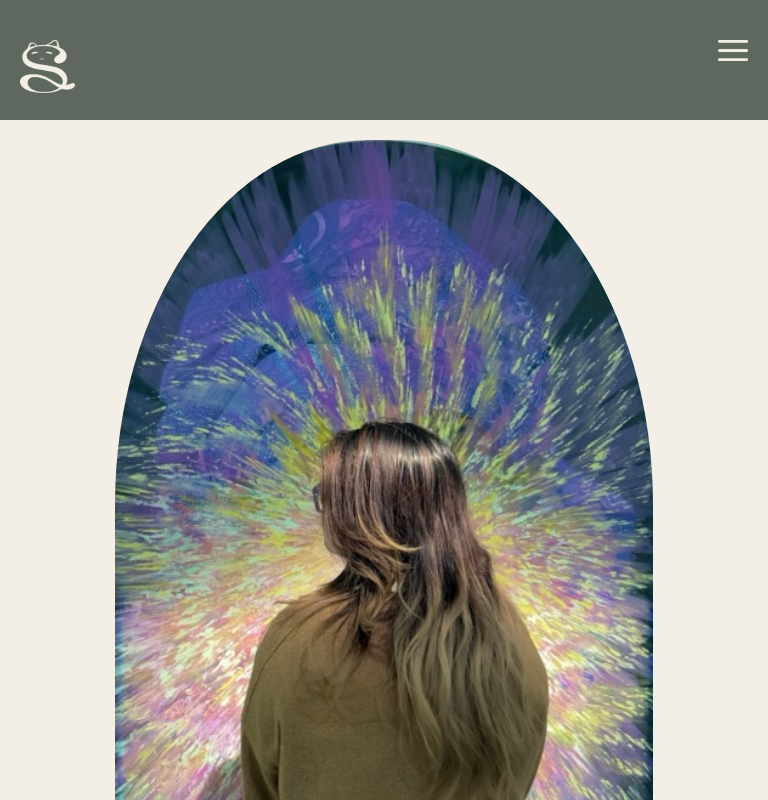
Repository: SandyLy453/portfolio
Page: /
An editor plug-in stored every save of this project. The page is shown before and after the next save, followed by the edit.
The browser window is 768 px wide. The pictures show the whole page.
An inner scrolling area shows only its first screen. The project was rebuilt for these pictures with package versions that can differ from the ones it lists, and the page was loaded fresh each time. The framework's server and built-in components were replaced by stand-ins that run in the browser. Also part of the build but not shown: next.config.mjs, modules/Footer/Footer.module.css, modules/Footer/Footer.js, modules/ProjectCard/ProjectCard.module.css, modules/ProjectCard/Projectcard.js.

Above is the page before, as saved 2025-02-17 17:24:13.

### pages/_app.js
import { useEffect } from "react";
import { useRouter } from "next/router";
import { Playfair_Display, Sen } from 'next/font/google';
import '../styles/globals.css';

const playfairDisplay = Playfair_Display({
  weight: ['400', '900'],
  style: ['normal', 'italic'],
  subsets: ['latin'],
});

const sen = Sen({
  weight: ['400', '700', '800'],
  subsets: ['latin'],
});

export default function App({ Component, pageProps }) {

  const router = useRouter();

  useEffect(() => {
    const handleRouteChangeComplete = (url) => {
        if (url.startsWith("/projects")) {
            window.location.reload();
        } else if (url.startsWith("/project")) {
          window.location.reload();
        }
    };

    router.events.on("routeChangeComplete", handleRouteChangeComplete);

    return () => {
        router.events.off("routeChangeComplete", handleRouteChangeComplete);
    };
}, [router]);


  return (
    <main className={`${playfairDisplay.className} ${sen.className}`}>
      <Component {...pageProps} />
    </main>
  )
}

### pages/_document.js
import { Html, Head, Main, NextScript } from "next/document";


export default function Document() {
  return (
    <Html lang="en">
      <Head>
        <title>San San's Tea Room</title>
        <link rel="icon" href="/favicon.ico" />

        <link rel="preconnect" href="https://fonts.googleapis.com" />
        <link rel="preconnect" href="https://fonts.gstatic.com" crossorigin="anonymous" />
        <link
          href="https://fonts.googleapis.com/css2?family=Playfair+Display:wght@400;900&family=Sen:wght@400;700;800&display=swap"
          rel="stylesheet"
        />
      </Head>
      <body>
        <Main />
        <NextScript />
      </body>
    </Html>
  );
}

### pages/index.js
import Image from "next/image";
import Link from "next/link";
import styles from "@/styles/Home.module.css";
import { useState, useEffect } from "react";
import Header from "@/modules/Header/Header";
import Footer from "@/modules/Footer/Footer";
import ProjectCard from "@/modules/ProjectCard/Projectcard";
import ShowCase from "@/modules/ShowCase/ShowCase";

export default function Home() {

  const projects = [
    {
      photos: ["/aether-cover.png"],
      alt: "Aether cover",
      title: "Aether",
      description: "Case Study - A AI-powered form-filling app",
      date: "September 2024 - December 2024",
      link: "/projects/Aether",
    },
    {
      photos: ["/post1.png", "/post2.png", "/post3.png"],
      alt: "Poster slides show",
      title: "Poster design",
      description:
        "Product design - Series of posters based on the anime/ manga Detective Conan.",
      date: "December 2024",
      link: "/projects/Poster",
    },
    {
      photos: ["/can1.png", "/can2.png", "/can3.png"],
      alt: "Can design slide show",
      title: "DiLo Tea Can",
      description: "Product design - Tea Can",
      date: "November 2024",
      link: "/projects/CanDesign",
    },
    {
      photos: ["/mockup2.png"],
      alt: "Magazine cover",
      title: "Magazine",
      description: "Magazine design - An architectural magazine",
      date: "November 2024",
      link: "/projects/Magazine",
    },
    {
      photos: ["/clotho.png"],
      alt: "Clotho app",
      title: "Clotho",
      description: "Clotho - A closet organize app",
      date: "March 2024 - May 2024",
      link: "/projects/Clotho",
    },
    {
      photos: ["/cam.png"],
      alt: "Camera vector graphic",
      title: "Mechanical Object Vector Graphic",
      description: "Using vector to draw mechanical objects",
      date: "December 2023",
      link: "/projects/MechanicalObject",
    },
  ];

  const [visibleProjects, setVisibleProjects] = useState(6);

  const roles = ["UX/UI Designer", "Digital Designer", "Web Developer"];
  const [text, setText] = useState("");
  const [index, setIndex] = useState(0);
  const [charIndex, setCharIndex] = useState(0);
  const [deleting, setDeleting] = useState(false);

  useEffect(() => {
    const currentRole = roles[index];

    let timeout;

    if (deleting) {
      timeout = setTimeout(() => {
        setText(currentRole.substring(0, charIndex - 1));
        setCharIndex((prev) => prev - 1);
      }, 50);
    } else {
      timeout = setTimeout(() => {
        setText(currentRole.substring(0, charIndex + 1));
        setCharIndex((prev) => prev + 1);
      }, 100);
    }

    if (!deleting && charIndex === currentRole.length) {
      setTimeout(() => setDeleting(true), 1000);
    } else if (deleting && charIndex === 0) {
      setDeleting(false);
      setIndex((prevIndex) => (prevIndex + 1) % roles.length);
    }

    return () => clearTimeout(timeout);
  }, [charIndex, deleting, index, roles]);

  return (
    <>
      <Header/>

      <main className={styles.main}>
        <div className={styles.top}>
          <div className={styles.image}>
            <Image src={'/cover.jpeg'} alt="cover photo" className={styles.coverPhoto} width={300} height={420} />
          </div>

          <div className={styles.info}>
            <p className={styles.role}>Hello!</p>
            <p className={styles.role}>I am <span className={styles.name}>Sandy</span>, a</p>
            <p className={styles.role}>
              {text}
              <span className={styles.cursor}>|</span>
            </p>
            <Image src={'/hi.GIF'} alt="greeting gif" className={styles.gif} width={294} height={129} />
          </div>
        </div>

        <ShowCase/>

        <div className={styles.sectionBreaker}>
          <span> Let's connect! </span>
        </div>

        <div className={styles.connect}>
          <Link
            className={styles.link}
            href={"mailto:sandy.lyth453@gmail.com"}
            target="_blank"
          >
            <p className={styles.connectInfo}>Email</p>
          </Link>
          <Link
            className={styles.link}
            href={"https://www.instagram.com/sansan_lyth?igsh=MThxOTR1ZTlyY3R1dw%3D%3D&utm_source=qr"}
            target="_blank"
          >
            <p className={styles.connectInfo}>Instagram</p>
          </Link>
          <Link
            className={styles.link}
            href={"https://www.linkedin.com/in/boisan-sandy-ly/"}
            target="_blank"
          >
            <p className={styles.connectInfo}>LinkedIn</p>
          </Link>
          <Link
            className={styles.link}
            href={"/Sandy_Ly_Resume.pdf"}
            target="_blank"
          >
            <p className={styles.connectInfo}>Resume</p>
          </Link>
        </div>
      </main>

      <footer className={styles.footer}>
        <p className={styles.copyright}>© Made by Sandy Ly • 2025</p>
      </footer>
    </>
  );
}

### styles/globals.css
:root {
  --mauveMorn: #ecd6d6;
  --mauveShadow: #B59BA6;
  --moss: #5E7975;
  --brightWhite: #f5f7f6;
  --white: #fff;

  --spaBlue: #D3DEDF;
  --forest: #5E685E;
  --midnight: #3D4D55;
  --stormCloud: #676767;
  --cream: #f4EFE6;
  --cloud: #FEFCF6;
}

html,
body {
  padding: 0;
  margin: 0;
  background-color: #f5f7f6;
  width: 100vw;
  height: 100vh;
  overflow-x: hidden;
  scroll-behavior: auto;

  font-family: "Playfair Display", serif;
  font-optical-sizing: auto;
  color: var(--stormCloud);
  cursor: url('/hehe.webp') 16 16, auto;
}

header {
  margin: 0;
  padding: 0;
  box-sizing: border-box;
}

* {
  margin: 0;
  padding: 0;
  box-sizing: border-box; /* Reset styles for all elements */
}

h1, h2, h3, h4, h5, span {
  font-family: "Playfair Display", serif;
}

a, button {
  cursor: url('/haha.webp') 16 16, pointer;
}

### styles/Home.module.css
.page {
  margin: 0;
  padding: 0;
}

.main {
  min-height: 100vh;
  width: 70vw;
  margin: auto;
  margin-top: 0;
  margin-top: 120px;
}

.top {
  width: 100%;
  min-height: 480px;
  background-color: var(--cream);
  align-items: center;
  display: flex;
  flex-direction: row;
  padding: 0;
  flex-wrap: wrap;
  justify-content: center;
}

.coverPhoto {
  border-radius: 47% 47% 0 0;
  margin: 0 6rem;
  position: relative;
  bottom: -30px;
}

.info {
  text-align: center;
  margin-top: 100px;
  width: 30vw;
}

.name {
  font-size: 54px;
  color: #C69491;
  font-weight: 600;
  font-family: "Playfair Display", serif;
}

.role {
  font-size: 44px;
  color: #7D9094;
  font-weight: 500;
}

.loca {
  font-size: 20px;
  color: #7D9094;
  padding-top: 10px;
}

.gif {
  position: relative;
  bottom: -36px;
}


.sectionBreaker {
  display: flex;
  align-items: center;
  justify-content: center;
  margin: 40px 0;
  position: relative;
}

.sectionBreaker::before,
.sectionBreaker::after {
  content: "";
  flex: 1;
  height: 2px;
  background: #d3d3d3;
  margin: 0;
}

.sectionBreaker span {
  color: #7D9094;
  margin: 0 10px;
  font-size: 20px;
  font-style: italic;
}

.pjSection {
  display: flex;
  flex-direction: row;
  flex-wrap: wrap;
  justify-content:space-between;
  align-items: flex-start;
  margin: 0 auto;
  margin-bottom: 50px;
  gap: 1rem;
  max-width: 1350px;
}

.connect {
  margin-bottom: 200px;
}

.link {
  text-decoration: none;
  color: var(--mauveShadow);
  width: 100%;
  font-weight: 500;
}

.link:hover {
  color: var(--forest);
  font-weight: 900;
}

.connectInfo {
  font-size: 54px;
  margin: 20px 0;
  font-family: "Playfair Display", serif;
  position: relative;
  display: inline-block;
  padding: 10px 20px;
  text-decoration: none;
  width: 100%;
  overflow: hidden;
  transition: color 0.3s ease-in-out, font-weight 0.3s ease-in-out;
  font-weight: 500;
}

/* Background gradient effect */
.connectInfo::before {
  content: "";
  position: absolute;
  top: 0;
  left: -100%;
  width: 100%;
  height: 100%;
  background: linear-gradient(to right, rgba(0, 0, 0, 0.1), rgba(0, 0, 0, 0.3));
  transition: left 0.4s ease-in-out;
  z-index: -1; /* Ensure background does not cover text */
}

/* Make background visible when hovering */
.connectInfo:hover::before,
.connectInfo:active::before {
  left: 0;
}

/* Text color and weight on hover */
.connectInfo:hover {
  color: var(--forest); /* Hover text color */
  font-weight: 900;
}

/* Arrow effect */
.connectInfo::after {
  content: " →";
  opacity: 0;
  position: absolute;
  right: 10px;
  top: 50%;
  transform: translateY(-50%);
  transition: opacity 0.3s ease-in-out, transform 0.3s ease-in-out;
  color: var(--forest); /* Match hover color */
}

/* Show arrow and move slightly right when hovering */
.connectInfo:hover::after,
.connectInfo:active::after {
  opacity: 1;
  transform: translate(8px, -50%);
}


.footer {
  margin-bottom: 20px;
}

.copyright {
  text-align: center;
  font-style: italic;
  color: var(--forest);
  width: 100%;
}





@media screen and (max-width: 1460px) {
  .pjSection {
    gap: 20px;
  }

  .main {
    width: 80vw;
  }

  .coverPhoto {
    margin: 0 1rem;
    bottom: -32px;
  }

  .info {
    margin-top: 50px;
  }

  .gif {
    bottom: -6.4rem;
  }

  .name {
    font-size: 36px;
  }

  .role {
    font-size: 20px;
  }

  .loca {
    font-size: 18px;
  }

  .pjSection {
    gap: 15px;
    justify-content: center;
  }
}



@media screen and (max-width: 768px) {
  .main {
    width: 100vw;
  }

  .coverPhoto {
    margin: 0 auto;
    bottom: -20px;
    width: 70vw;
    height: auto;
  }

  .info {
    margin-top: 50px;
    width: 90vw;
  }

  .name {
    font-size: 36px;
  }

  .role {
    font-size: 20px;
  }

  .loca {
    font-size: 18px;
  }

  .pjSection {
    gap: 15px;
    justify-content: center;
  }

  .gif {
    position: relative;
    bottom: -4px;
    margin-top: 10px;
  }
}

### modules/Header/Header.js
import Image from "next/image";
import Link from "next/link";
import styles from './Header.module.css';
import { useState, useRef } from "react";

export default function Header() {
    const audioRef = useRef(null);
    const [menuOpen, setMenuOpen] = useState(false);

    const playSound = () => {
        if (audioRef.current) {
            audioRef.current.currentTime = 0;
            audioRef.current.play().catch(error => console.log("Audio playback error:", error));
        }
    };

    return (
        <header className={`${styles.header} ${menuOpen ? styles.headerExpanded : ""}`}>
            {/* Logo */}
            <div className={styles.logoBox}>
                <Link href={'/'}>
                    <Image
                        src={'/logo.png'}
                        alt="logo"
                        className={styles.logo}
                        width={55}
                        height={53}
                        onMouseEnter={playSound}
                    />
                </Link>
            </div>

            <button className={styles.hamburger} onClick={() => setMenuOpen(!menuOpen)}>
                <Image
                    src={menuOpen ? "/menuOpen.png" : "/menuIcon.png"}
                    alt="Menu Toggle"
                    width={30}
                    height={21}
                />
            </button>

            <nav className={`${styles.menu} ${menuOpen ? styles.menuExpanded : ""}`}>
                <p className={styles.menuOption}><Link href={'/'} className={styles.link}>Home</Link></p>
                <p className={styles.menuOption}><Link href={'/project'} className={styles.link}>Projects</Link></p>
                <p className={styles.menuOption}><Link href={'/about'} className={styles.link}>About me</Link></p>
            </nav>

            <audio ref={audioRef} src="/cat.wav" preload="auto"></audio>
        </header>
    );
}

### modules/ShowCase/ShowCase.js
import Image from "next/image";
import { useState, useEffect, useRef } from "react";
import styles from './ShowCase.module.css';
import Link from "next/link";

export default function ShowCase() {
    const tags = ["Me", "UX/UI", "Graphic"];
    const images = {
        "Me": "/me.png",
        "UX/UI": "/uxui.png",
        "Graphic": "/3can.png",
    };
    const bigText = ["Sandy", "App Design", "Graphic Design"];
    const smallText = [
        "",
        "",
        ""
    ];
    const linkPath = ["/about", "/project", "/project"];
    const linkText = ["About Me →", "See More Project →", "See More Project →"];

    const [activeIndex, setActiveIndex] = useState(0);
    const [isFading, setIsFading] = useState(false);
    const [isPaused, setIsPaused] = useState(false);
    const intervalRef = useRef(null);

    const startLoop = () => {
        clearInterval(intervalRef.current);
        intervalRef.current = setInterval(() => {
            setIsFading(true);
            setTimeout(() => {
                setActiveIndex((prevIndex) => (prevIndex + 1) % tags.length);
                setIsFading(false);
            }, 500);
        }, 4000);
    };

    useEffect(() => {
        if (!isPaused) startLoop();
        return () => clearInterval(intervalRef.current);
    }, [isPaused]);

    const handlePause = (index) => {
        clearInterval(intervalRef.current);
        setIsPaused(true);
        setActiveIndex(index);
        setIsFading(false);
    };

    const handleResume = () => {
        setIsPaused(false);
    };

    return (
        <div className={styles.container}>
            <div className={styles.tagBox}>
                {tags.map((tag, index) => (
                    <div
                        key={tag}
                        className={`${styles.tag} ${activeIndex === index ? styles.active : ""}`}
                        onMouseEnter={() => handlePause(index)}
                        onMouseLeave={handleResume}
                        onTouchStart={() => handlePause(index)}
                        onTouchEnd={handleResume}
                    >
                        <p>{tag}</p>
                    </div>
                ))}
            </div>

            <div className={styles.right}>
                <div className={styles.photoBox}>
                    <Image
                        key={tags[activeIndex]}
                        src={images[tags[activeIndex]]}
                        alt={tags[activeIndex]}
                        width={600}
                        height={460}
                        className={`${styles.photo} ${isFading ? styles.fadeOut : styles.fadeIn}`}
                    />

                    <div className={styles.gradient}></div>
                    <div className={styles.text}>
                        <p className={styles.big}>{bigText[activeIndex]}</p>
                        <p className={styles.small}>{smallText[activeIndex]}</p>
                        <Link href={linkPath[activeIndex]} className={styles.littleLink}>
                            {linkText[activeIndex]}
                        </Link>
                    </div>
                </div>

                {/* <div className={styles.loadMoreContainer}>
                    <Link href="/project" passHref>
                        <button className={styles.loadMoreButton}>
                            More Projects
                        </button>
                    </Link>
                </div> */}
            </div>
        </div>
    );
}

### modules/Header/Header.module.css
.header {
    margin: 0 auto;
    width: 70vw;
    height: 120px;
    background-color: var(--forest);
    padding: 20px 50px;
    display: flex;
    flex-direction: row;
    justify-content: space-between;
    align-items: flex-end;
    position: fixed;
    right: 15vw;
    top: 0;
    z-index: 999;
    transition: height 0.3s ease-in-out;
}

.headerExpanded {
    min-height: 250px;
}

.menu {
    display: flex;
    flex-direction: row;
    gap: 50px;
    opacity: 1;
    transition: opacity 0.3s ease-in-out;
}

.menuExpanded {
    display: flex;
    flex-direction: column;
    align-items: flex-end;
    gap: 10px;
    width: 100%;
}


.menuOption {
    font-size: 20px;
    font-weight: 600;
}

.link {
    text-decoration: none;
    color: var(--cream);
    font-family: "Playfair Display", serif;
}

.link:hover {
    color: var(--midnight);
}

.hamburger {
    display: none;
    background: none;
    border: none;
    cursor: pointer;
}


@media screen and (max-width: 1460px) {
    .header {
        width: 80vw;
        right: 10vw;
    }
}

@media screen and (max-width: 768px) {
    .header {
        width: 100vw;
        min-height: 120px;
        right: 0;
        display: flex;
        flex-direction: row;
        align-items: center;
        justify-content: space-between;
        height: auto;
    }

    .hamburger {
        display: block;
        position: absolute;
        right: 20px;
        top: 40px;
        z-index: 10;
    }

    .logo {
        display: block;
        position: absolute;
        left: 20px;
        top: 40px;
        z-index: 10;
    }

    .menu {
        display: none;
        flex-direction: column;
        align-items: center;
        width: 100%;
        opacity: 0;
        transform: scaleY(0);
        transition: transform 0.3s ease-in-out, opacity 0.3s ease-in-out;
    }

    .menuExpanded {
        display: flex;
        opacity: 1;
        transform: scaleY(1);
    }

}

### modules/ShowCase/ShowCase.module.css
.container {
    margin: auto;
    margin-top: 50px;
    display: flex;
    flex-direction: row;
    justify-content: center;
    align-items: center;
    gap: 30px;
}

.tagBox {
    display: flex;
    justify-content: center;
    align-items: center;
    flex-direction: column;
}

.tag, .active {
    width: 100px;
    height: 100px;
    background-color: var(--cream);
    border-radius: 50%;
    display: flex;
    justify-content: center;
    align-items: center;
    margin: 10px;
    cursor: url('/haha.webp') 16 16, pointer;
    transition: background-color 0.3s ease-in-out, transform 0.2s ease-in-out;
}

.tag:hover, .active {
    background-color: var(--forest);
    transform: scale(1.05);
}

.tag p, .active p {
    color: var(--mauveShadow);
    opacity: 80%;
}

.tag:hover p, .active p {
    color: var(--mauveMorn);
    opacity: 100%;
}

.photoBox {
    width: 50vw;
    max-width: 1000px;
    aspect-ratio: 20 / 11;
    position: relative;
    display: flex;
    align-items: center;
    justify-content: center;
    overflow: hidden;
}

.photo {
    width: 100%;
    height: 100%;
    border-radius: 20px;
    object-fit: cover;
    position: absolute;
    transition: opacity 0.5s ease-in-out;
}

.fadeIn {
    opacity: 1;
}

.fadeOut {
    opacity: 0;
}

.loadMoreContainer {
    margin-top: 20px;
    display: flex;
    flex-direction: column;
    justify-content: flex-end;
    align-items: flex-end;
  }

  .loadMoreButton {
    height: 40px;
    width: 150px;
    background-color: var(--cream);
    color: var(--forest);
    border: 1px solid var(--forest);
    font-size: 18px;
    align-items: center;
    border-radius: 10px;
    margin-bottom: 50px;
  }

  .loadMoreButton:hover {
    background-color: var(--forest);
    color: var(--cream);
  }

  .gradient {
    position: absolute;
    top: 0;
    left: 0;
    width: 100%;
    height: 100%;
    background: linear-gradient(360deg, rgba(2,0,36,1) 0%, rgba(255,255,255,0) 55%);
    z-index: 2;
    pointer-events: none;
    border-radius: 20px;
}

.text {
    position: absolute;
    bottom: 0;
    right: 0;
    width: 100%;
    padding: 20px;
    color: white;
    z-index: 3;
    width: 50vw;
    max-width: 1000px;
    text-align: right;
}

.littleLink {
    text-decoration: underline;
    color: white;
    font-style: italic;
    margin: 20px 0;
}

.big {
    font-family: "Playfair Display", serif;
    font-size: 18px;
    margin: 15px 0;
    font-weight: 700;
}

.small {
    font-size: 15px;
    margin: 15px 0;
}

Loaded but not shown: pages/api/hello.js (common file)

After the next save:
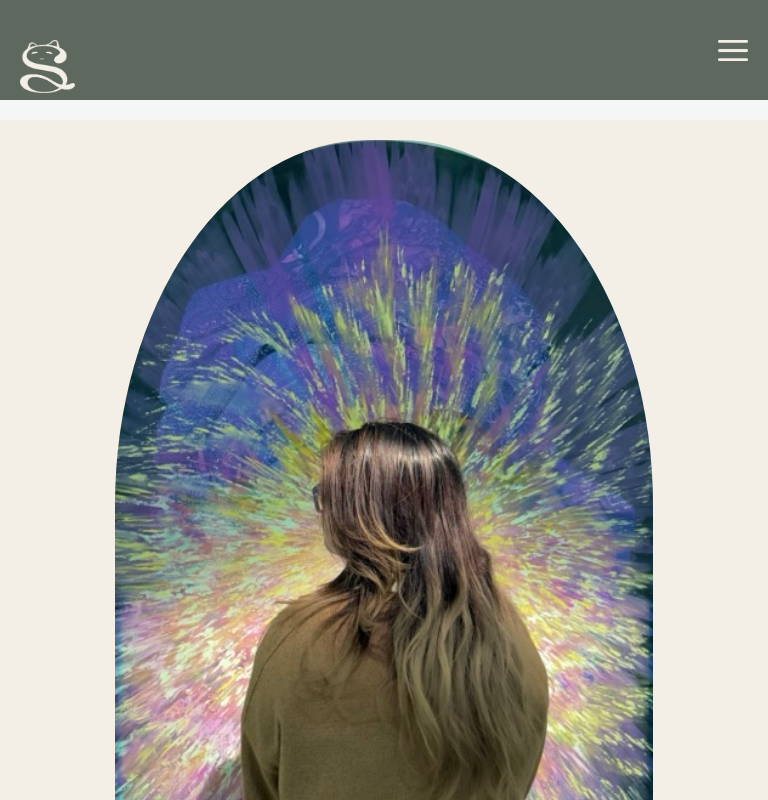
Saved 17 s later.
--- a/modules/Header/Header.module.css
+++ b/modules/Header/Header.module.css
@@ -69,7 +69,7 @@
 @media screen and (max-width: 768px) {
     .header {
         width: 100vw;
-        min-height: 120px;
+        min-height: 100px;
         right: 0;
         display: flex;
         flex-direction: row;
